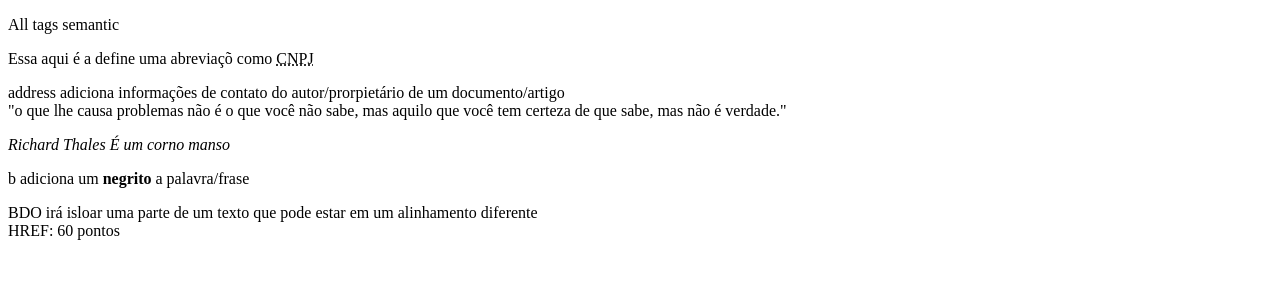
Repository: ErikMesquita/Danki-Code
Page: formatação/index.html
An editor plug-in stored every save of this project. The page is shown before and after a run of saves, followed by the edit.
The browser window is 1280 px wide. The pictures show the whole page.

Above is the page before, as saved 2023-10-28 11:07:55.

### formatação/index.html
<!DOCTYPE html>
<html lang="pt-br">

<head>
    <meta charset="UTF-8">
    <meta name="viewport" content="width=device-width, initial-scale=1.0">
    <title>Tags de Formatação</title>
</head>

<body>

    <p>All tags semantic</p>
    <!--
        <abbr title=""></abbr> (define uma abreviação ou acrônimo.)

        <address></address> (adiciona informações de contato do autor/proprietário de um documento/artigo.)

        <b></b> (adiciona negrito a uma frase.)

        <bdi></bdi> (irá isolar um parte de um texto formatado que pode estar em um alinhamento diferente.)

        <bdo dir=""></bdo> (substitui a direção do texto autal.)

        <blockquote></blockquote> (define uma citação.)

        <cite></cite> (define o títilo de uma citação.)

        <code></code> (adiciona uma parte de um código. *refere-se ao código de uma linguagem de programação.)

        <del></del> (define um texto que será excluído do documento.)

        <dfn></dfn> (define um termo que será usado posteriormente no documento.)

        <em></em> (usado para dar ênfase a um texto ou frase.)

        <i></i> (permite que um texto ou frase fique em itálico.)

        <ins></ins> (define um texto que será inserido no documento.)

        <kbd></kbd> (define umma letra de atalho para usar no teclado.)

        <mark></mark> (define um texto marcado.)

        <pre></pre> (define um texto pré-formatado.)

        <progress></progress> (usado para representar o progresso de uma tarefa.)

        <s></s> (define um texto que não está mais correto.)

        <small></small> (define que um texto será menor que o ádrão usado.)

        <strong></strong> (define que o texto é importante/relevante.)

        <sub></sub> (define um texto subscrito, ele geralmente é usado para fórmulas químicas.)

        <sup></sup> (define um texto sobrescito, ele geralmente é usado para notas de rodapé.)

        <time></time> (define uma data ou horário específico.)

        <u></u> (define um texto sublinhado.)

        <var></var> (Define uma variável.)

        <wbr></wbr> (define uma possível quebra de linha.)

        -->
    </p>

    <p>Essa aqui é a define uma abreviaçõ como <abbr title="Cadastro Nacional de Pessoas Jurídicas">CNPJ</abbr></p>

    <p>address adiciona informações de contato  do autor/prorpietário de um documento/artigo <br> "o que lhe causa problemas não é o que você não sabe, mas aquilo que você tem certeza de que sabe, mas não é verdade." <address>Richard Thales É um corno manso</address></p>

    <p>b adiciona um <b>negrito</b> a palavra/frase</p>

    <p>BDO irá isloar uma parte de um texto que pode estar em um alinhamento diferente <br><bdi> HREF</bdi>: 60 pontos</p>


</body>

</html>

After the next 7 saves:
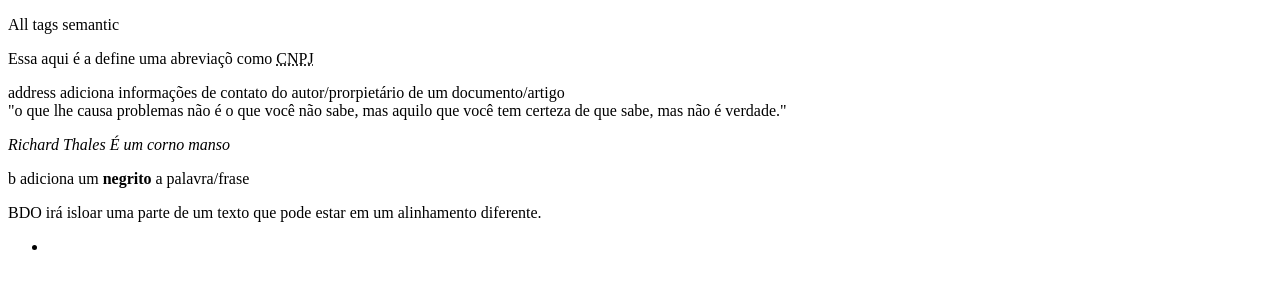
The 7 saves are shown as one change because they came seconds apart.
The last was saved 19 s later.
--- a/formatação/index.html
+++ b/formatação/index.html
@@ -72,8 +72,10 @@
 
     <p>b adiciona um <b>negrito</b> a palavra/frase</p>
 
-    <p>BDO irá isloar uma parte de um texto que pode estar em um alinhamento diferente <br><bdi> HREF</bdi>: 60 pontos</p>
-
+    <p>BDO irá isloar uma parte de um texto que pode estar em um alinhamento diferente. <br>
+    <ul>
+        <li></li></ul>
+    </p>
 
 </body>
 
